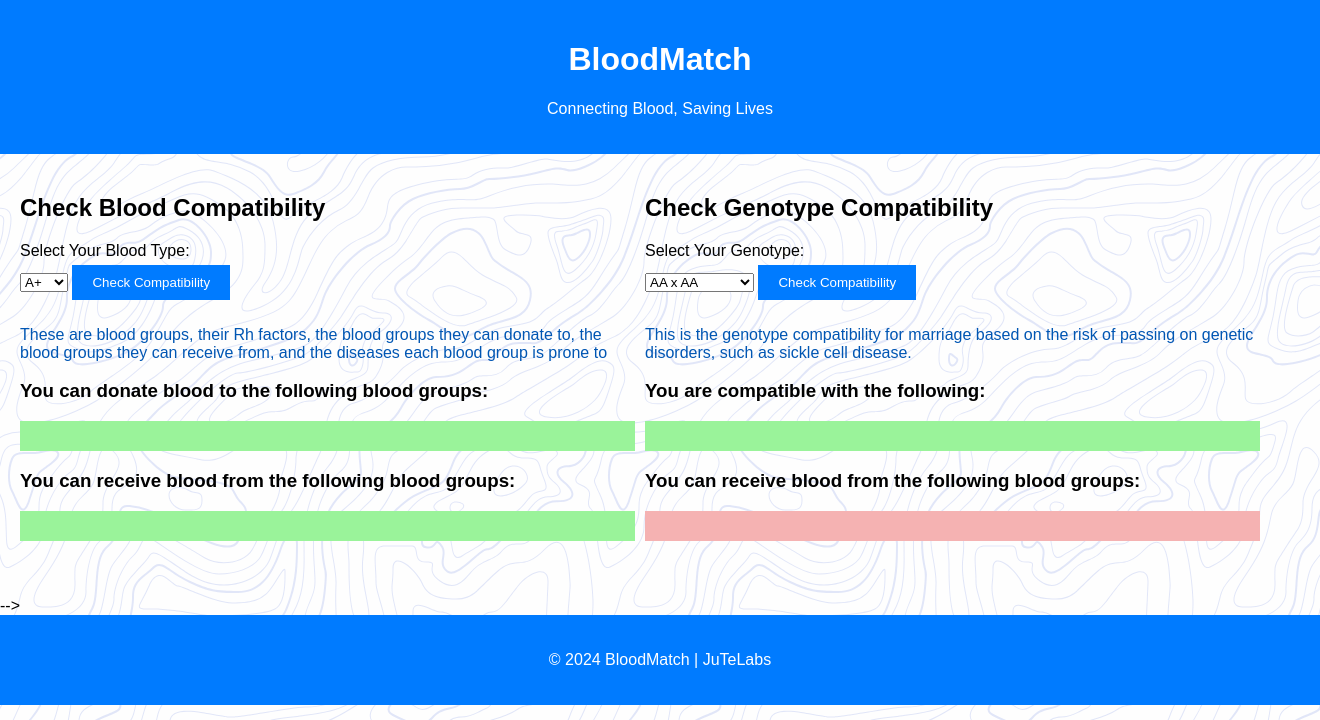
Repository: JuliusMonday/BloodMatch
Page: index.html
An editor plug-in stored every save of this project. The page is shown before and after a run of saves, followed by the edit.
The browser window is 1280 px wide. The page is 1320 px wide, so the pictures cover 1320 px, including what lies to the right of the window. The pictures show the whole page.

Above is the page before, as saved 2024-05-03 11:29:42.

After the next 4 saves:
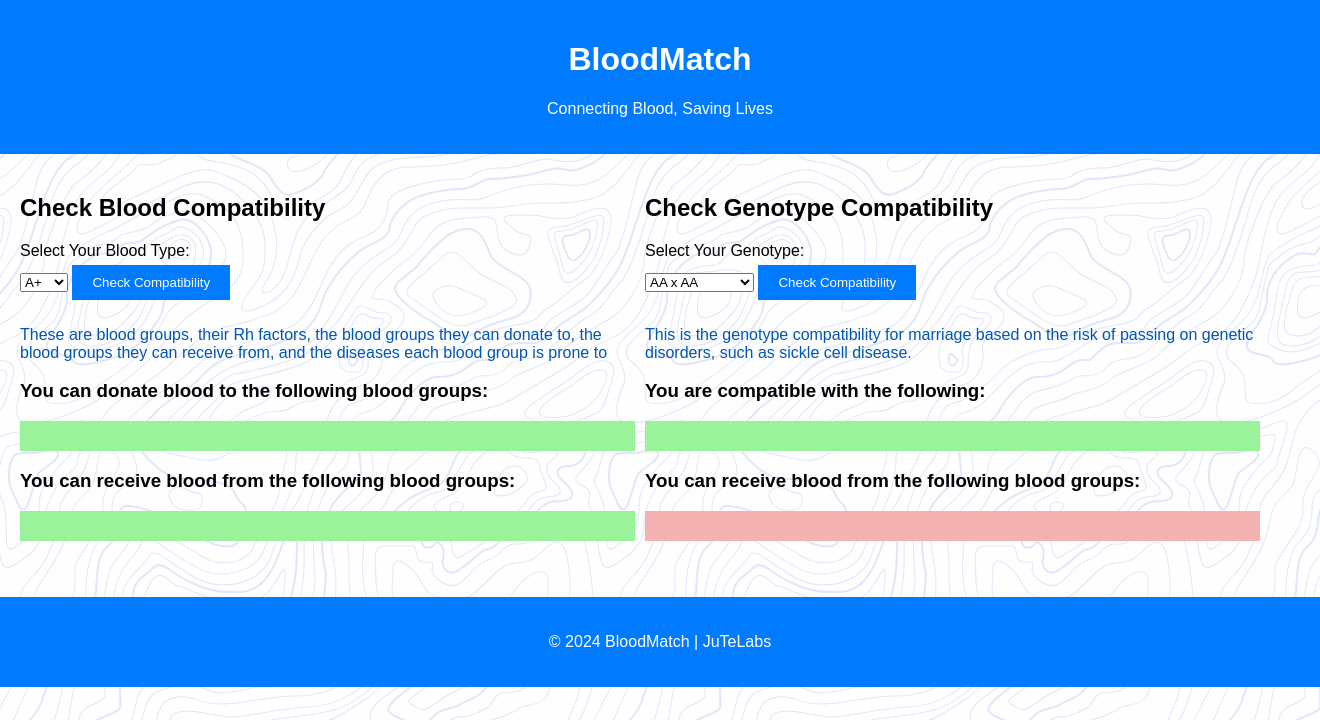
The 4 saves are shown as one change because they came seconds apart.
The last was saved 11 s later.
--- a/index.html
+++ b/index.html
@@ -63,9 +63,6 @@
     </div>
     </section>
   </main>
-
-
-</div> -->
   <footer>
     <p>&copy; 2024 BloodMatch | JuTeLabs</p>
   </footer>
